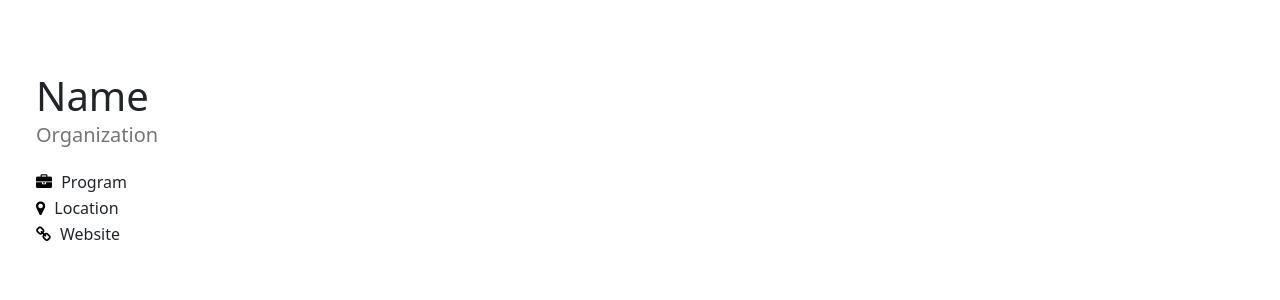
Repository: josephinel6/vexdb-js
Page: viewteam.html
An editor plug-in stored every save of this project. The page is shown before and after the next save, followed by the edit.
The browser window is 1280 px wide. The pictures show the whole page.
The page's requests for data from a server got no answer.

Above is the page before, as saved 2023-05-16 10:18:42.

After the next save:
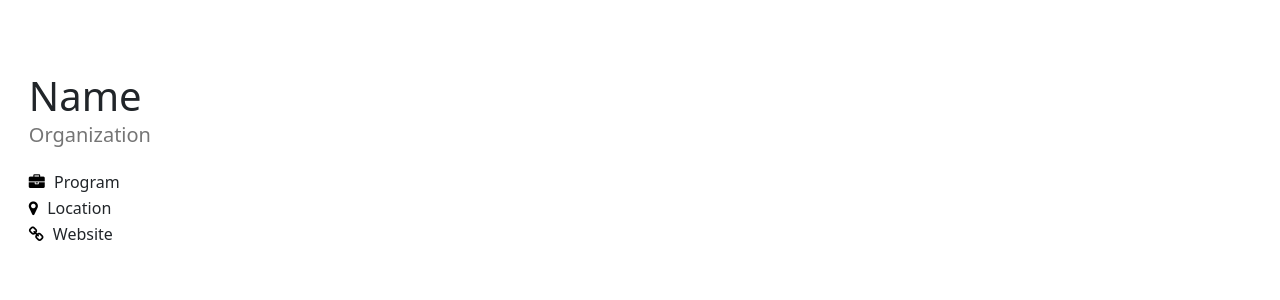
Saved 26 s later.
--- a/style.css
+++ b/style.css
@@ -97,8 +97,8 @@
 
     .tabcontent {
         margin-top: 10vh;
-        margin-left: 5vh;
-        margin-right: 5vh;
+        margin-left: 4vh;
+        margin-right: 4vh;
     }
 
     .eventsdiv {
